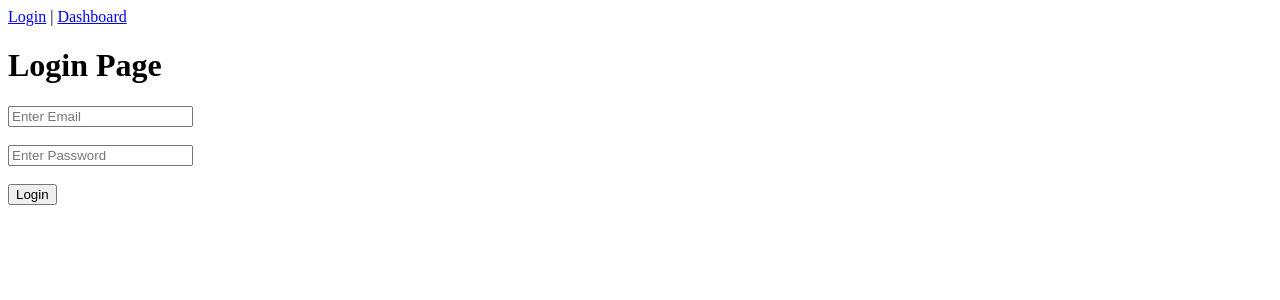
Repository: DeveshPatill/customer-support-crm-application
Page: / (app in client/client/)
The author's editor kept a copy of each file at every save. The page is drawn from the files as they stood at one save, then again after the next save.
The browser window is 1280 px wide. The pictures show the whole page.
The project was rebuilt for these pictures with package versions that can differ from the ones it lists, and the page was loaded fresh each time. Also part of the build but not shown: client/client/vite.config.js, client/client/src/pages/Dashboard.jsx, client/client/src/pages/Tickets.jsx, client/client/src/pages/CreateTicket.jsx, client/client/src/pages/TicketDetails.jsx, client/client/src/pages/Register.jsx.

Above is the page before, as saved 2026-07-16 19:31:30.

### client/client/index.html
<!doctype html>
<html lang="en">
  <head>
    <meta charset="UTF-8" />
    <link rel="icon" type="image/svg+xml" href="/favicon.svg" />
    <meta name="viewport" content="width=device-width, initial-scale=1.0" />
    <title>client</title>
  </head>
  <body>
    <div id="root"></div>
    <script type="module" src="/src/main.jsx"></script>
  </body>
</html>

### client/client/src/App.jsx
import { BrowserRouter, Routes, Route } from "react-router-dom";

import Login from "./pages/Login";
import Dashboard from "./pages/Dashboard";
import Navbar from "./components/Navbar";
import Tickets from "./pages/Tickets";
import CreateTicket from "./pages/CreateTicket";
import TicketDetails from "./pages/TicketDetails";
import { Toaster } from "react-hot-toast";
import toast from "react-hot-toast";
toast.success("Success");
toast.error("Error");
import Register from "./pages/Register";

function App() {
  return (
    <BrowserRouter>
     <Toaster position="top-right" />
      <Navbar />

      <Routes>
        <Route path="/" element={<Login />} />
        <Route path="/register" element={<Register />} />
        <Route path="/dashboard" element={<Dashboard />} />
        <Route path="/tickets" element={<Tickets />} />
        <Route path="/tickets/new" element={<CreateTicket />} />
        <Route path="/tickets/:id" element={<TicketDetails />} />

      </Routes>
    </BrowserRouter>
  );
}

export default App;

### client/client/src/pages/Login.jsx
import { useState } from "react";

const Login = () => {
  const [email, setEmail] = useState("");
  const [password, setPassword] = useState("");

  const handleLogin = (e) => {
    e.preventDefault();

    console.log({
      email,
      password,
    });
  };

  return (
    <div>
      <h1>Login Page</h1>

      <form onSubmit={handleLogin}>
        <input
          type="email"
          placeholder="Enter Email"
          value={email}
          onChange={(e) => setEmail(e.target.value)}
        />

        <br />
        <br />

        <input
          type="password"
          placeholder="Enter Password"
          value={password}
          onChange={(e) => setPassword(e.target.value)}
        />

        <br />
        <br />

        <button type="submit">Login</button>
      </form>
    </div>
  );
};

export default Login;

### client/client/src/components/Navbar.jsx
import { Link } from "react-router-dom";

const Navbar = () => {
  return (
    <nav>
      <Link to="/">Login</Link>

      {" | "}

      <Link to="/dashboard">Dashboard</Link>
    </nav>
  );
};

export default Navbar;

### client/client/src/services/api.js
import axios from "axios";

const api = axios.create({
    baseURL: "http://localhost:5000/api"
});

api.interceptors.request.use((config) => {
    const token = localStorage.getItem("token");

    if (token) {
        config.headers.Authorization = `Bearer ${token}`;
    }

    return config;
});

export default api;

Loaded but not shown: client/client/src/main.jsx (common file)

After the next save:
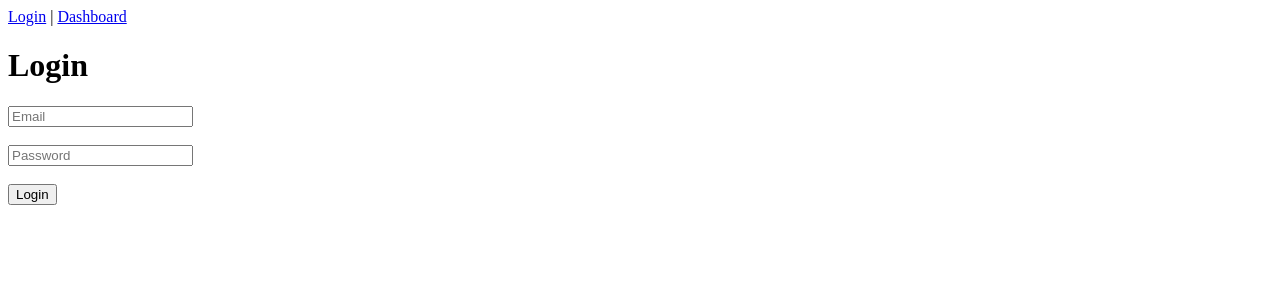
Saved 4 min 17 s later.
--- a/client/client/src/pages/Login.jsx
+++ b/client/client/src/pages/Login.jsx
@@ -1,47 +1,84 @@
 import { useState } from "react";
+import { useNavigate } from "react-router-dom";
+import api from "../services/api";
+import toast from "react-hot-toast";
 
-const Login = () => {
-  const [email, setEmail] = useState("");
-  const [password, setPassword] = useState("");
+function Login() {
+    const navigate = useNavigate();
 
-  const handleLogin = (e) => {
-    e.preventDefault();
+    const [formData, setFormData] = useState({
+        email: "",
+        password: ""
+    });
 
-    console.log({
-      email,
-      password,
-    });
-  };
+    const handleChange = (e) => {
+        setFormData({
+            ...formData,
+            [e.target.name]: e.target.value
+        });
+    };
 
-  return (
-    <div>
-      <h1>Login Page</h1>
+    const handleSubmit = async (e) => {
+        e.preventDefault();
 
-      <form onSubmit={handleLogin}>
-        <input
-          type="email"
-          placeholder="Enter Email"
-          value={email}
-          onChange={(e) => setEmail(e.target.value)}
-        />
+        try {
+            const response = await api.post(
+                "/auth/login",
+                formData
+            );
 
-        <br />
-        <br />
+            localStorage.setItem(
+                "token",
+                response.data.token
+            );
 
-        <input
-          type="password"
-          placeholder="Enter Password"
-          value={password}
-          onChange={(e) => setPassword(e.target.value)}
-        />
+            localStorage.setItem(
+                "user",
+                JSON.stringify(response.data.user)
+            );
 
-        <br />
-        <br />
+            toast.success("Login successful");
 
-        <button type="submit">Login</button>
-      </form>
-    </div>
-  );
-};
+            navigate("/dashboard");
+
+        } catch (error) {
+
+            toast.error(
+                error.response?.data?.message ||
+                "Login failed"
+            );
+        }
+    };
+
+    return (
+        <div>
+            <h1>Login</h1>
+
+            <form onSubmit={handleSubmit}>
+                <input
+                    type="email"
+                    name="email"
+                    placeholder="Email"
+                    onChange={handleChange}
+                />
+
+                <br /><br />
+
+                <input
+                    type="password"
+                    name="password"
+                    placeholder="Password"
+                    onChange={handleChange}
+                />
+
+                <br /><br />
+
+                <button type="submit">
+                    Login
+                </button>
+            </form>
+        </div>
+    );
+}
 
 export default Login;
